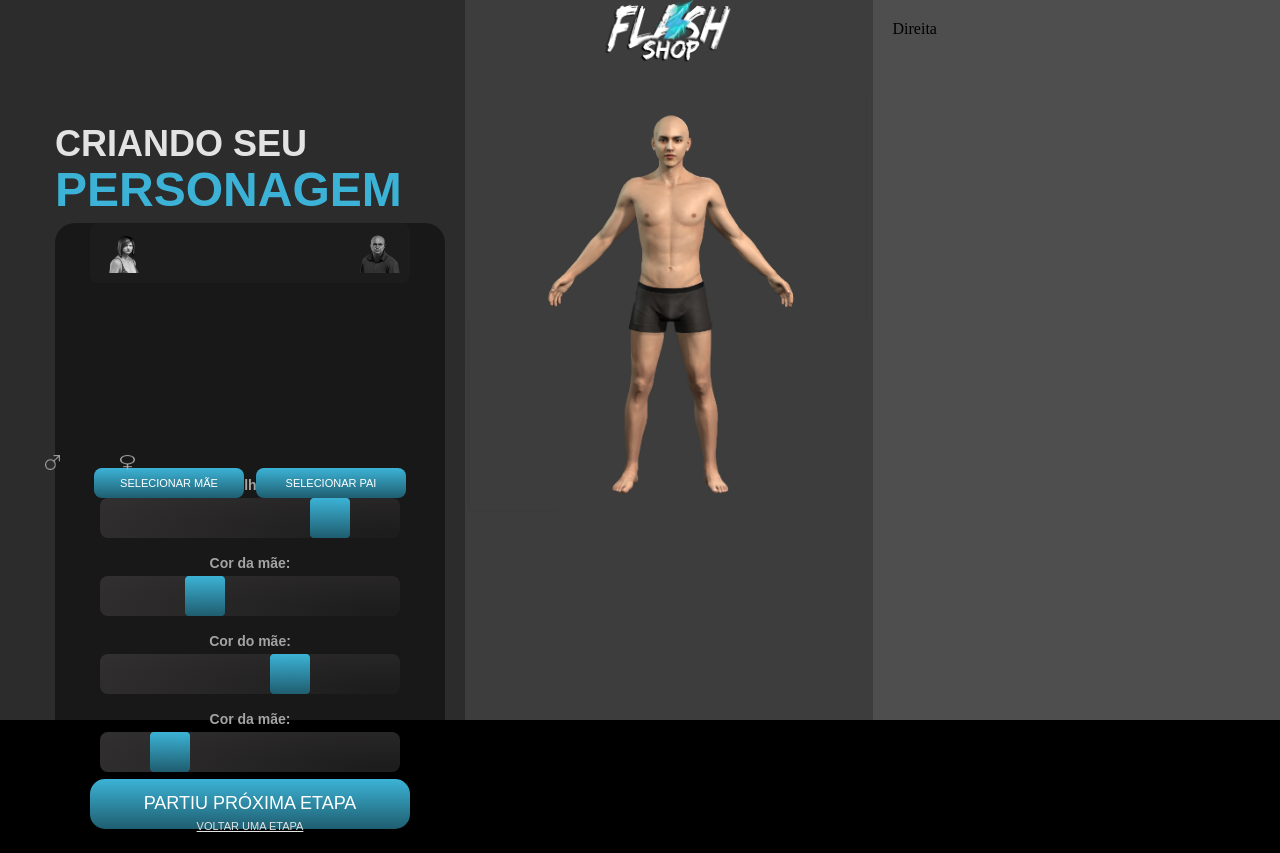
Repository: DuMCorrea/CriandoPerso
Page: index.html
The author's editor kept a copy of each file at every save. The page is drawn from the files as they stood at one save, then again after a run of saves.
The browser window is 1280 px wide. The pictures show the whole page.

Above is the page before, as saved 2024-08-29 13:49:08.

### index.html
<!DOCTYPE html>
<html lang="en">
<head>
    <meta charset="UTF-8">
    <meta name="viewport" content="width=device-width, initial-scale=1.0">
    <title>Dividindo a Tela com Imagens</title>
    <link rel="stylesheet" href="styles.css">
</head>
<body>
    <div class="container">
        <div class="left">
            <h1 class="title">
                <span class="part1">CRIANDO SEU</span>
                <span class="part2">PERSONAGEM</span>
            </h1>
            <div class="vertical-rectangle">
                <div class="image-rectangle">
                    <img src="assets/mulher.png" alt="Imagem 1" class="rectangle-image">
                    <img src="assets/homem.png" alt="Imagem 2" class="rectangle-image">
                </div>
                <div class="button-group">
                    <button class="top-button">SELECIONAR MÃE</button>
                    <button class="top-button">SELECIONAR PAI</button>
                </div>
                <div class="rectangles-group">
                    <div class="image-container">
                        <img src="assets/Fem.png" alt="Imagem 1" class="small-image left-image">
                        <img src="assets/Masc.png" alt="Imagem 2" class="small-image right-image">
                    </div>
                    <div class="rectangle-title">Semelhança:</div>
                    <div class="gradient-rectangle">
                        <img src="assets/quadradoAzul.png" alt="Imagem 1" class="small-image1">
                    </div>

                    <div class="rectangle-title">Cor da mãe:</div>
                    <div class="gradient-rectangle">
                        <img src="assets/quadradoAzul.png" alt="Imagem 2" class="small-image2">
                    </div>

                    <div class="rectangle-title">Cor do mãe:</div>
                    <div class="gradient-rectangle">
                        <img src="assets/quadradoAzul.png" alt="Imagem 3" class="small-image3">
                    </div>

                    <div class="rectangle-title">Cor da mãe:</div>
                    <div class="gradient-rectangle">
                        <img src="assets/quadradoAzul.png" alt="Imagem 4" class="small-image4">
                    </div>
                </div>
                <button class="rectangle-button">PARTIU PRÓXIMA ETAPA</button>
                <button class="back-button">VOLTAR UMA ETAPA</button>
            </div>
        </div>
        <div class="center">
            <img src="assets/FlashStore 1 (1).png" alt="Imagem 1" class="top-image">
            <img src="assets/boneco 2.png" alt="Imagem 2" class="center-image">
        </div>
        <div class="right">Direita</div>
    </div>
</body>

</html>

### styles.css
body, html {
    margin: 0;
    padding: 0;
    height: 100%;
    display: flex;
    justify-content: center;
    align-items: center;
    background-color: #000; /* Fundo escuro */
}

.container {
    display: flex;
    width: 100%;
    height: 100%;
}

.container > div {
    flex: 1; /* Cada div ocupa 1/3 do espaço disponível */
    height: 100%;
    padding: 20px;
    box-sizing: border-box;
}



/* PARTE ESQUERDA */



.left {
    background-color: #2c2c2c;
    display: flex;
    flex-direction: column;
    justify-content: flex-start;
    align-items: flex-start;

}

.title {
    margin: 100px 0 0 0; /* Adiciona margem superior para mover o título para baixo */
    padding: 0;
}

.part1 {
    font-family: 'Baloo Bhai', sans-serif;
    font-size: 36px;
    font-weight: 700; /* Aumenta o peso da fonte para deixá-la mais grossa */
    line-height: 48px;
    text-align: left;
    color: #E3E3E3;
    display: block;
    margin-bottom: -10px; /* Reduz a distância entre as duas partes do título */
    margin-left: 35px;
}

.part2 {
    font-family: 'Baloo Bhai', sans-serif;
    font-size: 48px;
    font-weight: 700; /* Aumenta o peso da fonte para deixá-la mais grossa */
    line-height: 64px;
    text-align: left;
    color: #3CB3D6;
    display: block;
    margin-left: 35px;
}

.vertical-rectangle {
    width: 390px; /* Largura do retângulo */
    height: 630px; /* Altura do retângulo */
    background: #00000075; /* Cor de fundo com opacidade */
    border-radius: 20px; /* Bordas arredondadas */
    margin-left: 35px; /* Alinhamento com o título */
    margin-top: 1px; /* Espaço entre o título e o retângulo */
    display: flex;
    flex-direction: column;
    justify-content: space-between; /* Distribui o espaço */
    align-items: center; /* Centraliza os conteúdos */
}


.rectangle-button {
    width: 320px; /* Largura do botão */
    height: 50px; /* Altura do botão */
    background: linear-gradient(180deg, #3CB3D6 0%, #1F5E70 100%); /* Gradiente de cor */
    border-radius: 15px; /* Bordas arredondadas */
    border: none; /* Remove borda padrão do botão */
    color: white; /* Cor do texto */
    font-family: 'Baloo Bhai', sans-serif;
    font-size: 18px; /* Tamanho do texto */
    display: flex;
    justify-content: center; /* Centraliza horizontalmente */
    align-items: center; /* Centraliza verticalmente */
    margin-bottom: -15px; /* Ajusta o espaçamento superior */
    cursor: pointer;
}

.back-button {
    background: none; /* Remove o fundo */
    border: none; /* Remove a borda */
    color: #E3E3E3; /* Cor do texto */
    font-family: 'Baloo Bhai', sans-serif;
    font-size: 11px; /* Tamanho do texto */
    margin-bottom: 20px; /* Espaçamento superior ajustado */
    text-decoration: underline; /* Adiciona sublinhado */
    cursor: pointer; /* Muda o cursor ao passar por cima */
}


.button-group {
    display: flex;
    justify-content: space-between; /* Espaça os botões igualmente */
    width: 0%; /* Largura igual à do retângulo */
    padding: 10px 20px; /* Adiciona espaçamento ao redor dos botões */
}

.top-button {
    width: 50px; /* Largura dos botões */
    height: 40px; /* Altura dos botões */
    background: linear-gradient(180deg, #3CB3D6 0%, #1F5E70 100%); /* Gradiente de cor */
    border-radius: 15px; /* Bordas arredondadas */
    border: none; /* Remove borda padrão do botão */
    color: white; /* Cor do texto */
    font-family: 'Baloo Bhai', sans-serif;
    font-size: 16px; /* Tamanho do texto */
    display: flex;
    justify-content: center; /* Centraliza horizontalmente */
    align-items: center; /* Centraliza verticalmente */
    cursor: pointer;
}




.gradient-rectangle {
    width: 300px; /* Largura igual ao botão */
    height: 40px; /* Altura padrão para cada retângulo, ajuste conforme necessário */
    background: radial-gradient(547.21% 823.76% at 94.51% 88.04%, #1D1C1C 0%, #837E7E 100%);
    border-radius: 8px; /* Bordas arredondadas, igual ao botão */
    margin-bottom: 1px; /* Diminui a distância entre os retângulos */
    margin-top: 38px;
    margin-left: 0px;
}

.rectangle-title {
    width: 300px; /* Largura igual ao botão e retângulos */
    height: 30px; /* Altura do título */
    border-radius: 8px; /* Bordas arredondadas */
    display: flex;
    align-items: center; /* Centraliza verticalmente o texto */
    justify-content: center; /* Centraliza horizontalmente o texto */
    color: #A4A4A4; /* Cor do texto */
    font-weight: 700;
    font-family: 'Baloo Bhai', sans-serif;
    font-size: 14px; /* Tamanho do texto */
    margin-bottom: -40px; /* Espaçamento entre o título e o retângulo */
    margin-top: 10px;

}

.image-container {
    width: 50%;
    display: flex;
    justify-content: space-between; /* Coloca uma imagem em cada lado */
    position: absolute; /* As imagens ficam fora do fluxo normal */
    top: 10px; /* Ajusta a posição acima do retângulo */
    padding: 0 10px; /* Espaçamento lateral entre as bordas */
}

.small-image {
    width: 15px; /* Define o tamanho da imagem */
    height: 15px;
}

.left-image {
    position: relative;
    left: 10px;
    top: 445px;
}

.right-image {
    position: relative;
    right: 690px;
    top: 445px
}

.small-image1 {
    width: 40px;
    height: 40px;
    left: 210px;
    position: relative;
}
.small-image2 {
    width: 40px;
    height: 40px;
    left: 85px;
    position: relative;
}
.small-image3 {
    width: 40px;
    height: 40px;
    left: 170px;
    position: relative;
}
.small-image4 {
    width: 40px;
    height: 40px;
    left: 50px;
    position: relative;
}

.button-group {
    display: flex;
    justify-content: space-between; /* Espaça os botões igualmente */
    width: 80%; /* Largura do grupo de botões */
    height: 1%;
    top: 150px;
    position: relative;
}

.top-button {
    width: 150px; /* Largura dos botões */
    height: 30px; /* Altura dos botões */
    background: linear-gradient(180deg, #3CB3D6 0%, #1F5E70 100%); /* Gradiente de cor */
    border-radius: 8px; /* Bordas arredondadas */
    border: none; /* Remove borda padrão do botão */
    color: white; /* Cor do texto */
    font-family: 'Baloo Bhai', sans-serif;
    font-size: 11px; /* Tamanho do texto */
    cursor: pointer;
}

.rectangles-group {
    margin-top: 120px; /* Ajusta o espaçamento superior */
}

.image-rectangle {
    width: 300px; /* Largura do retângulo */
    height: 60px; /* Altura do retângulo */
    background: #1D1C1C; /* Cor de fundo do retângulo */
    border-radius: 8px; /* Bordas arredondadas */
    display: flex;
    justify-content: space-between; /* Espaça as imagens igualmente */
    align-items: center; /* Centraliza verticalmente */
    margin-bottom: 20px; /* Espaço entre o retângulo e os botões */
    padding: 0 10px; /* Espaçamento lateral interno */
}

.rectangle-image {
    width: 40px; /* Largura das imagens */
    height: 40px; /* Altura das imagens */
}

/* PARTE CENTRAL */



.center {
    background-color: #3d3d3d; /* Cor de fundo para a div central */
    display: flex;
    flex-direction: column;
    align-items: center;
    justify-content: space-between; /* Distribui o espaço entre as imagens */
}


.top-image {
    max-width: 40%;
    height: auto;
    margin-top: -60px;
}

.center-image {
    max-width: 200%;
    height: auto;
    margin-top: auto; /* Centraliza verticalmente */
    margin-bottom: 200px;
}


/* PARTE DIREITA */



.right {
    background-color: #4e4e4e; /* Cor de fundo para a div direita */
}

After the next 2 saves:
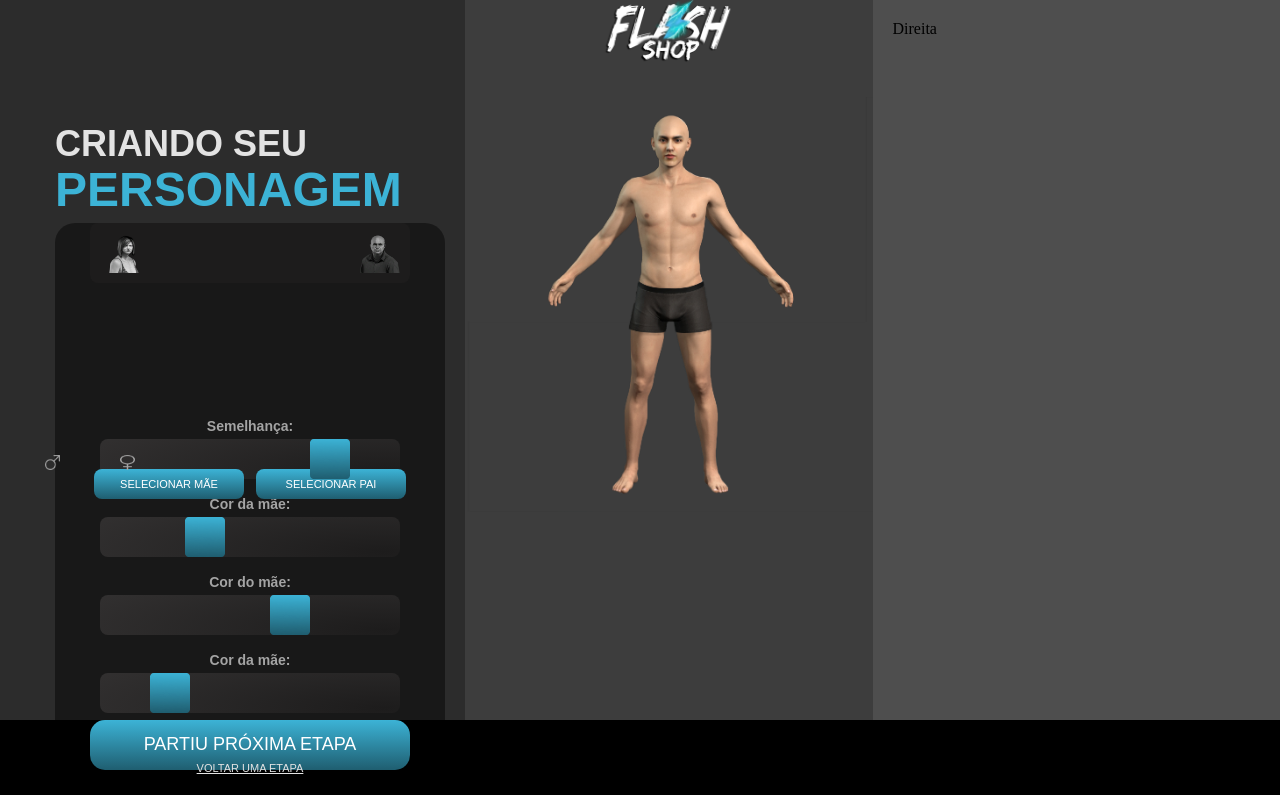
The 2 saves are shown as one change because they came seconds apart.
The last was saved 6 s later.
--- a/styles.css
+++ b/styles.css
@@ -230,7 +230,7 @@
 }
 
 .rectangles-group {
-    margin-top: 120px; /* Ajusta o espaçamento superior */
+    margin-top: 60px; /* Ajusta o espaçamento superior */
 }
 
 .image-rectangle {
